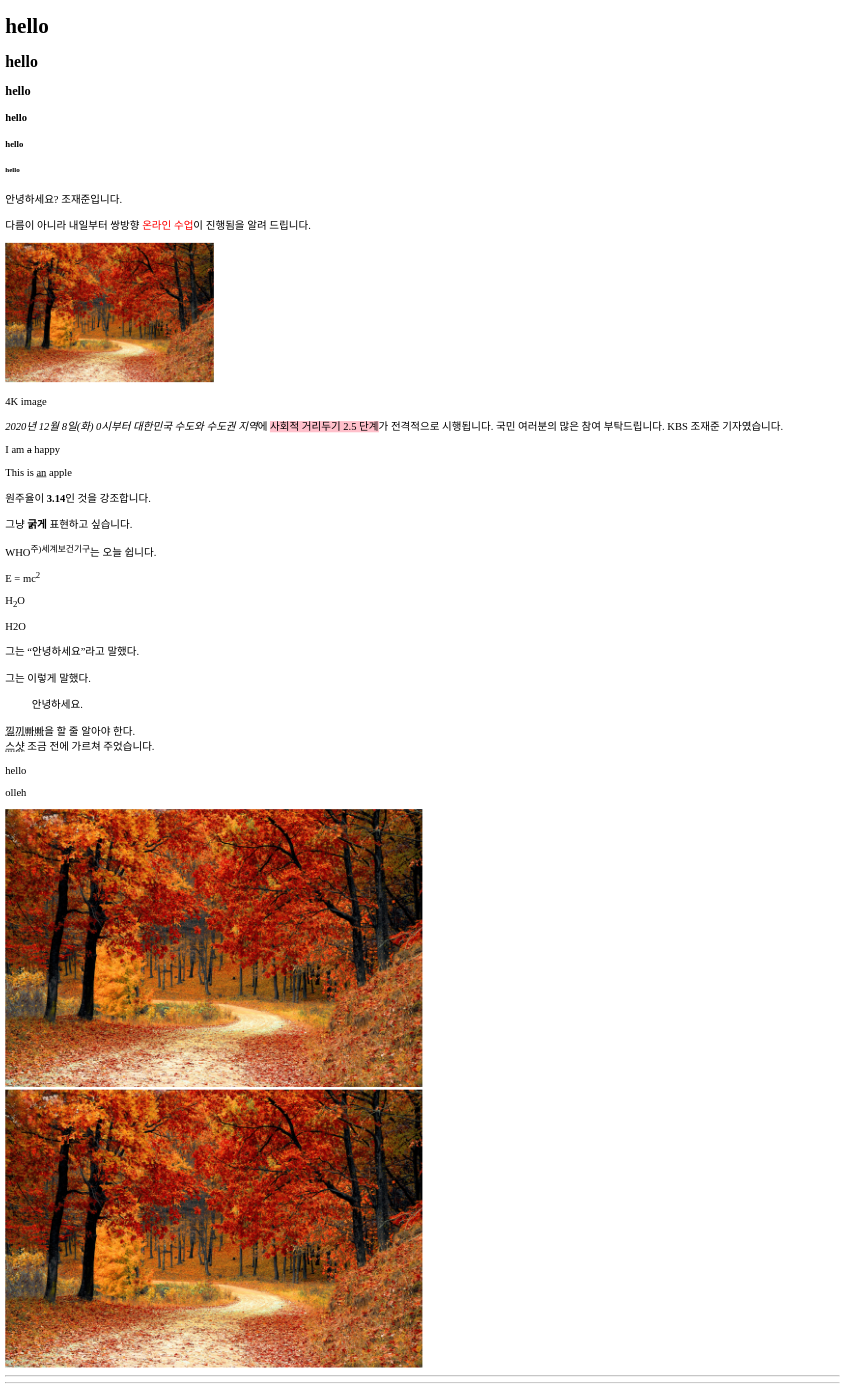
Repository: Chojaejun/javastudy
Page: HelloWorld/WebContent/f.html
These files come from the project's save history. The page is drawn as it stood at one moment and after the next save; the edit follows.
The browser window is 1280 px wide. The pictures show the whole page, at 66% of full size.

Above is the page before, as saved 2020-12-07 06:24:05.

### HelloWorld/WebContent/f.html
<!DOCTYPE html>
<html>
<head>
<meta charset="UTF-8">
<title>Insert title here</title>
</head>
<body>
<!-- 헤더태크는 블락태그 = 한줄을 다 먹음. 위 아래로 띄어쓰기 -->
<h1>hello</h1>
<h2>hello</h2>
<h3>hello</h3>
<h4>hello</h4>
<h5>hello</h5>
<h6>hello</h6>

<!-- p태그는 자동 줄바꿈 안됨. html에서 줄바꿈은 <br>-->
<p>
	안녕하세요?
	조재준입니다.
</p>
<!-- span태그는 인라인태그 글에 색이나 줄을 사용하고 싶을 때 사용 -->
<p>
	다름이 아니라
	내일부터 쌍방향 <span style="color: red;">온라인 수업</span>이 진행됨을 알려 드립니다.
</p>


<div>

	<img style="width: 25%;height: 25%;" alt="4k image" src="test.jpg"><br>
	<p>4K image</p>

</div>

<!-- 시멘틱태그란 의미가 있는 태그명 -->
<section>
	<article>
	<!-- i태그와 em태그의 기울어짐 효과는 같지만 i를 쓰면 기울기, em은 강조에 사용 -->
	<!-- mark태그는 시멘틱요소 형관펜으로 칠한 효과 -->
	<i>2020년 12월 8일(화) 0시부터</i> <em>대한민국 수도와 수도권 지역</em>에 <mark style="background-color: pink;">사회적 거리두기 2.5 단계</mark>가
	전격적으로 시행됩니다. 국민 여러분의 많은 참여 부탁드립니다. KBS 조재준 기자였습니다.

	</article>


</section>

<p>I am <del>a</del> happy</p>
<p>This is <ins>an</ins> apple</p>

<p>원주율이 <strong>3.14</strong>인 것을 강조합니다.</p>
<p>그냥 <b>굵게</b> 표현하고 싶습니다.</p>

<p>WHO<sup>주)세계보건기구</sup>는 오늘 쉽니다.</p>
<p>E = mc<sup>2</sup></p>
<p>H<sub>2</sub>O</p>
<p>H2O</p>

<!-- 문장중에 ""를 사용할 때는 <q>입력문자</q>를 사용한다. -->
<p>그는 <q>안녕하세요</q>라고 말했다.</p>
<p>그는 이렇게 말했다.
</p>
<!-- 들여쓰기를 할 때는 <blochquote>내용입력</blockquoute>를 사용한다. -->
<blockquote>안녕하세요.</blockquote>

<!-- <abbr>문장입력</abbr> 은 축약된 단어임을 나타냄 -->
<abbr title="낄때 끼고 빠질 때 빠진다.">낄끼빠빠</abbr>을 할 줄 알아야 한다.
<br>
<abbr title="스크린 샷">스샷</abbr> 조금 전에 가르쳐 주었습니다.

<p>hello</p>
<!-- 아랍어 사용처럼 글을 반대로 써야할 때 사용 <dbo dir="rtl">입력문자</dbo> -->
<p><bdo dir="rtl">hello</bdo></p>

<!-- 그림을 눌렀을 때 그 사이트로 이동하고 싶을 때는 <a>태그로 묶어준다. -->
<a href="https://www.nate.com"><img alt="4k image" src="test.jpg" style="width: 50%; height: 50%;"></a>

<img alt="4k image" src="test.jpg" style="width: 50%; height: 50%;" usemap="#myMap">

<map name="myMap">
	<area alt="이미지의 왼쪽" shape="rect" coords="0, 0, 100, 100" href="https://www.google.com">
	<area alt="이미지의 우측" shape="rect" coords="101, 101, 200, 200" href="https://www.naver.com">




</map>











<hr>
<hr>














</body>
</html>

After the next save:
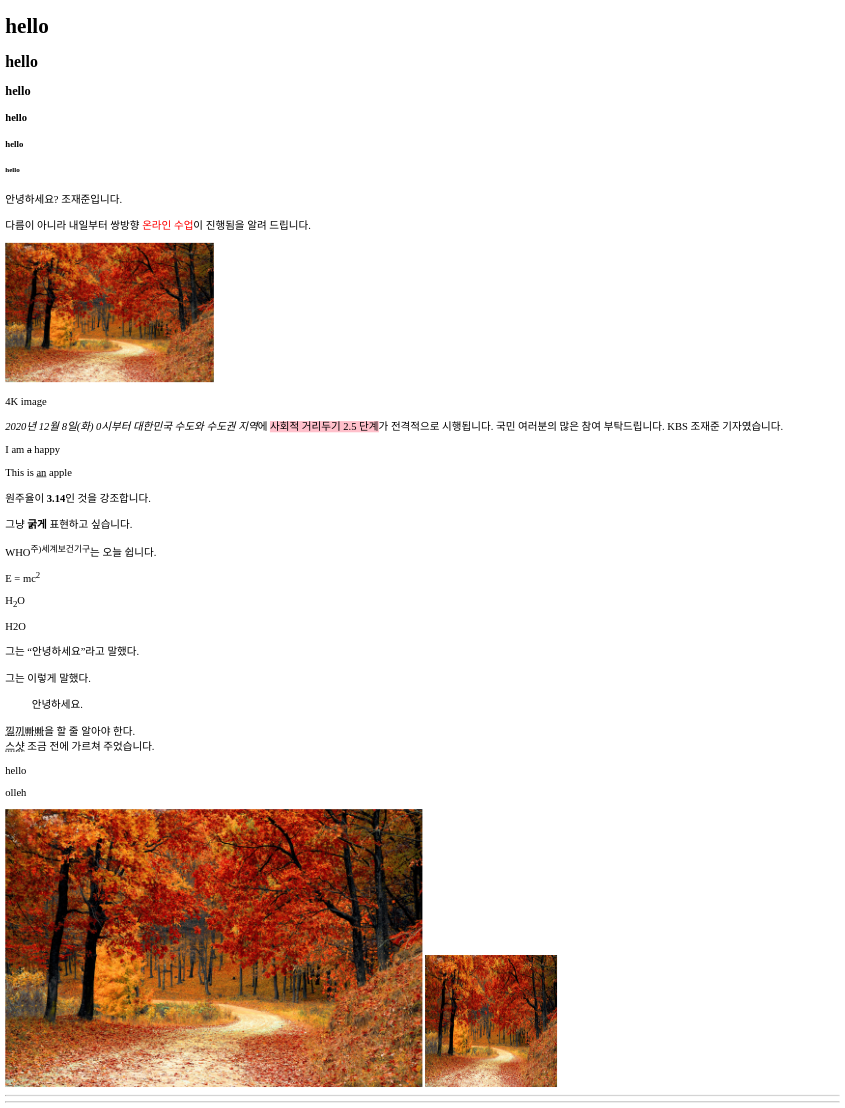
Saved 85 s later.
--- a/HelloWorld/WebContent/f.html
+++ b/HelloWorld/WebContent/f.html
@@ -75,7 +75,7 @@
 <!-- 그림을 눌렀을 때 그 사이트로 이동하고 싶을 때는 <a>태그로 묶어준다. -->
 <a href="https://www.nate.com"><img alt="4k image" src="test.jpg" style="width: 50%; height: 50%;"></a>
 
-<img alt="4k image" src="test.jpg" style="width: 50%; height: 50%;" usemap="#myMap">
+<img alt="4k image" src="test.jpg" style="width: 200px; height: 200px;" usemap="#myMap">
 
 <map name="myMap">
 	<area alt="이미지의 왼쪽" shape="rect" coords="0, 0, 100, 100" href="https://www.google.com">
